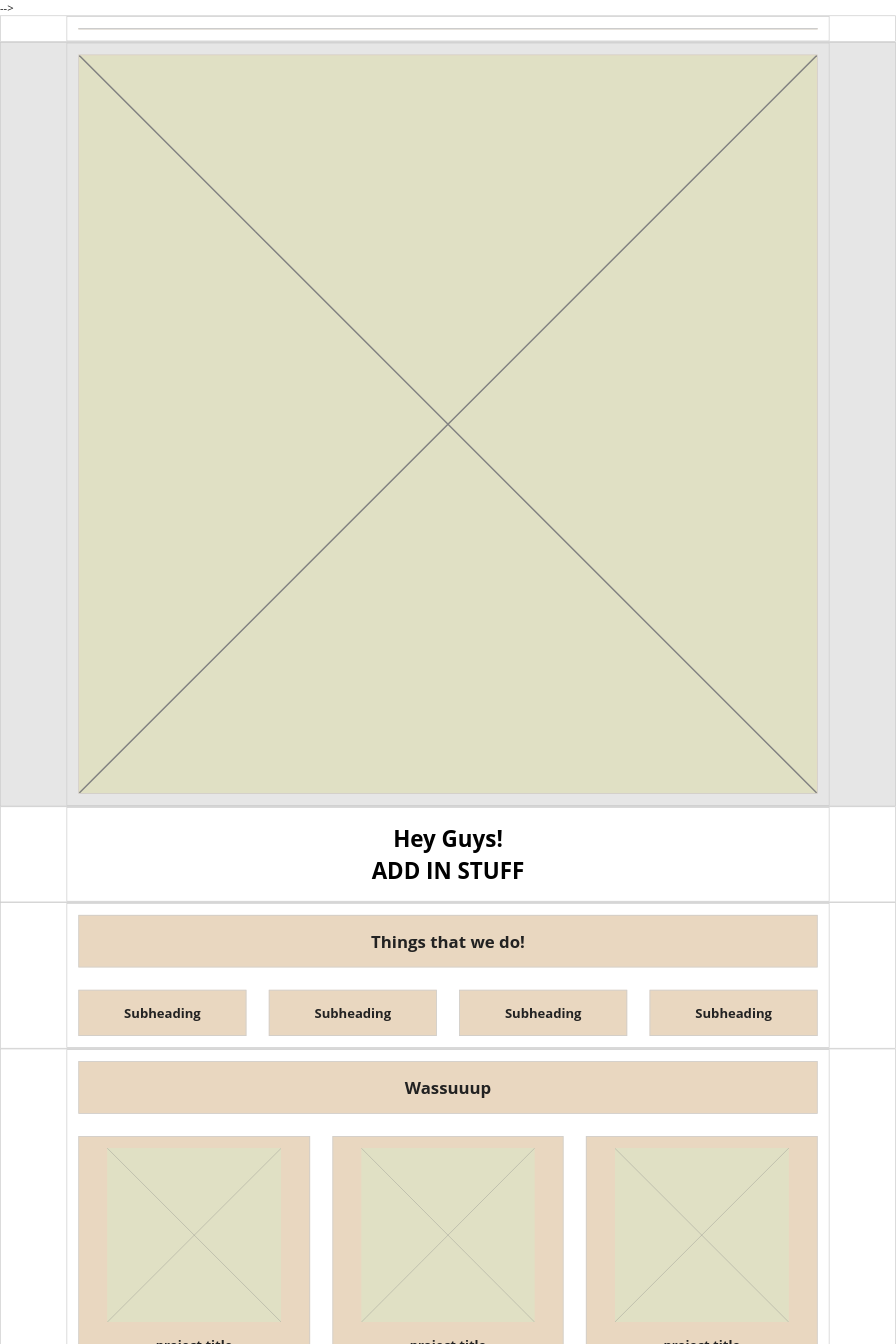
Repository: eilidhma/metrolics
Page: index.html
The author's editor kept a copy of each file at every save. The page is drawn from the files as they stood at one save, then again after a run of saves.
The browser window is 1280 px wide. The pictures show the part of the page from y = 0 to 1920 px (the page is 3430 px tall before and 3484 px after), at 70% of full size.

Above is the page before, as saved 2021-02-02 17:53:07.

After the next 2 saves:
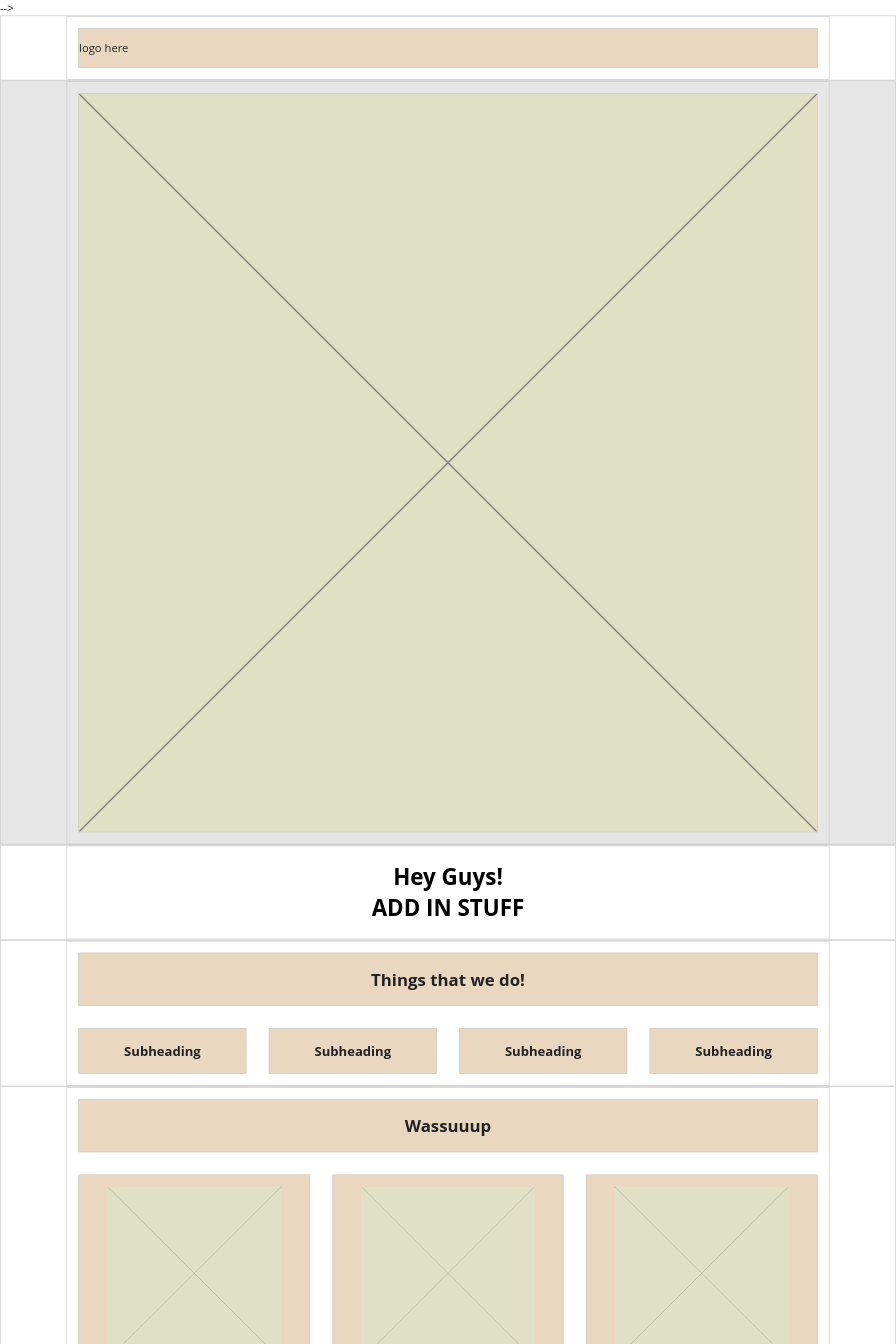
The 2 saves are shown as one change because they came seconds apart.
The last was saved 6 s later.
--- a/index.html
+++ b/index.html
@@ -333,7 +333,9 @@
 <body class="page page-home">
   <header class="page__header">
     <div class="row">
-      <div class="column"></div>
+      <div class="column">
+        <p>logo here</p>
+      </div>
     </div>
   </header>
 
